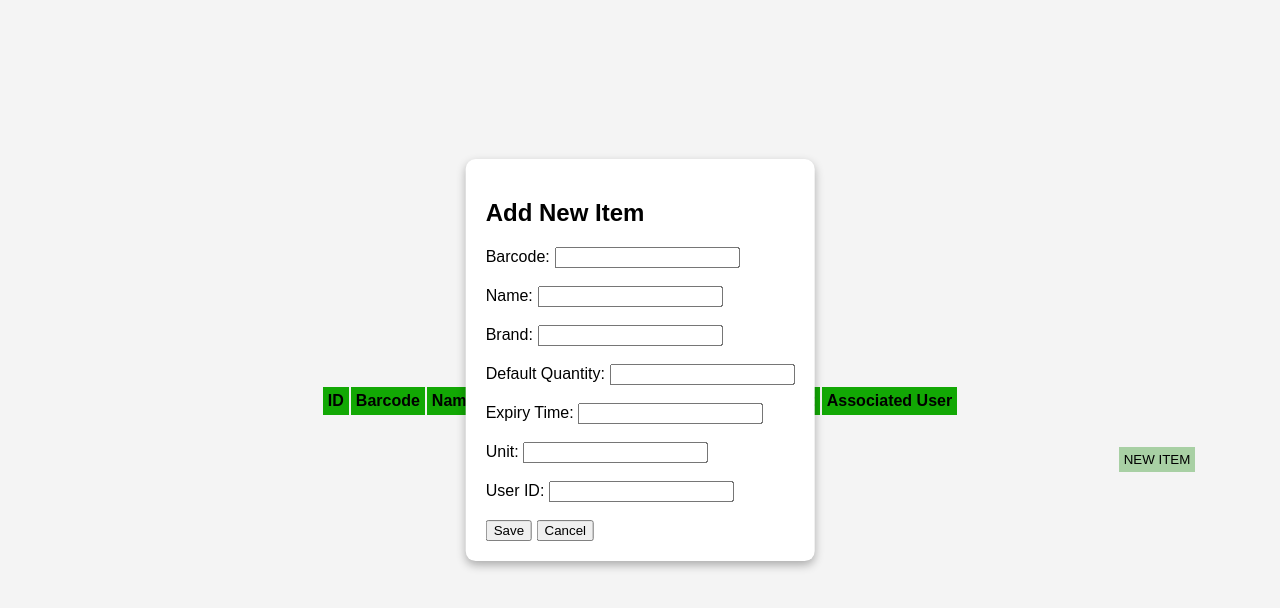
Repository: ChickenTenders2/FoodLink
Page: web_app/templates/item_view.html
An editor plug-in stored every save of this project. The page is shown before and after the next save, followed by the edit.
The browser window is 1280 px wide. The pictures show the whole page.
After loading, the first visible `button.add` was clicked once.
The page is served by the project's application, run on Flask 3 (web_app/app.py). The template is opened directly, without the code that normally fills it, so the values that code supplies are empty.

Above is the page before, as saved 2025-04-19 19:43:20.

After the next save:
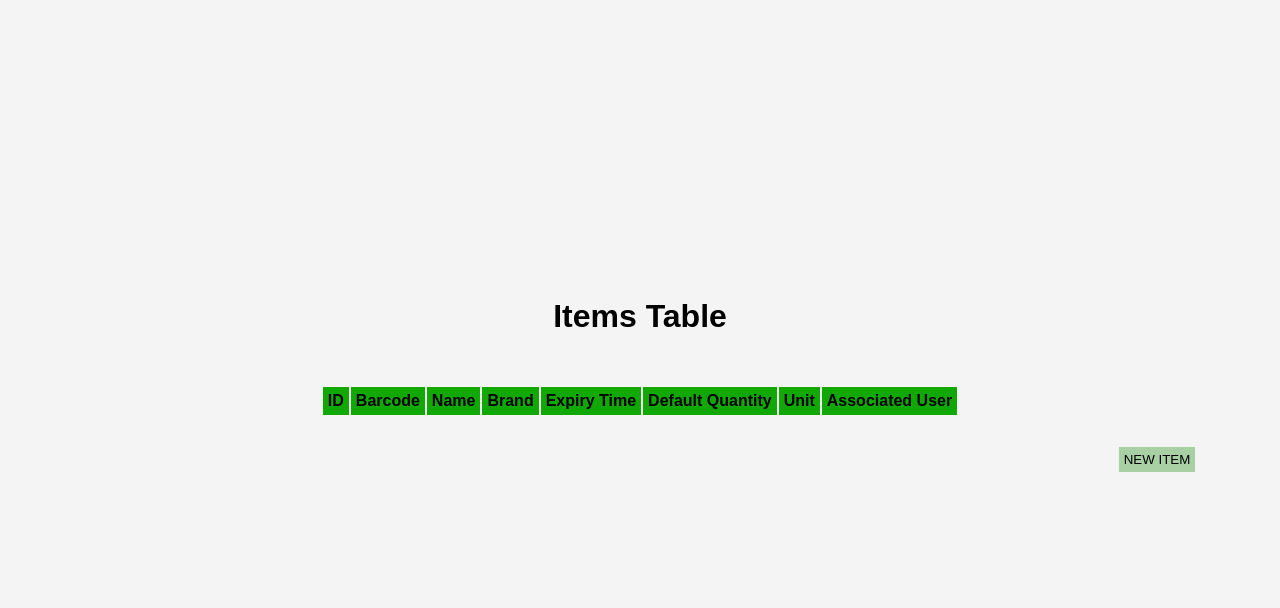
Console error: TypeError: Cannot set properties of null (setting 'value')
Saved 27 s later.
--- a/web_app/static/js/item_view.js
+++ b/web_app/static/js/item_view.js
@@ -45,6 +45,7 @@ function open_popup(itemName, barcode, name, brand, quantity, expiry_date, unit,
     document.getElementById('original-brand').value = brand;
     document.getElementById('original-name').value = name;
     document.getElementById('original-unit').value = unit;
+    document.getElementById('original-user-id').value = unit;
     document.getElementById('popup').style.display = 'block';
 }
 
